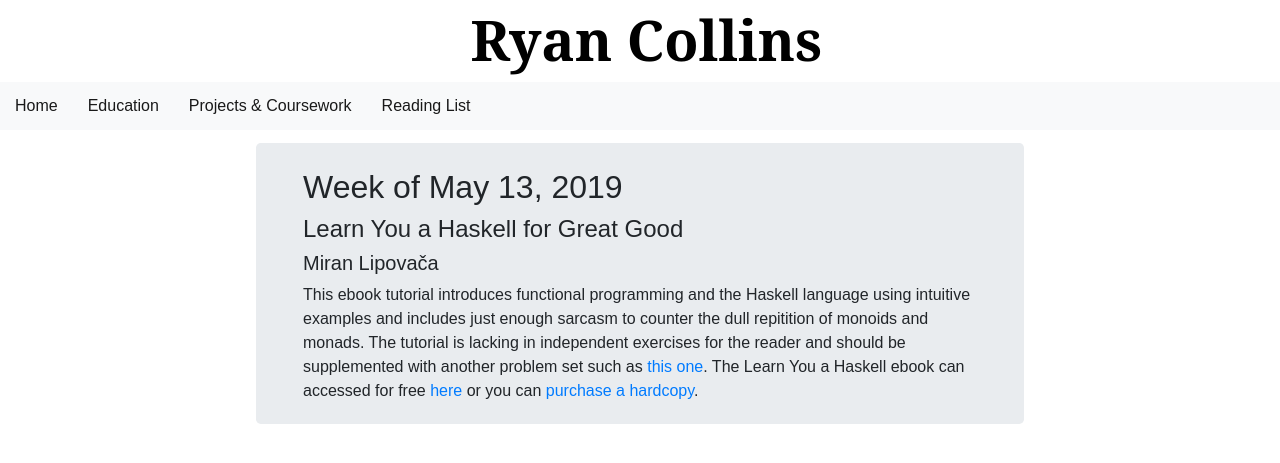
Repository: RyanMCollins/cs50
Page: pset5/homepage/readlist.html
The author's editor kept a record of every edit. The page is drawn from the files as they stood at one moment, then again after the next edit.
The browser window is 1280 px wide. The pictures show the whole page.

Above is the page before.

### pset5/homepage/readlist.html
<!DOCTYPE html>

<html lang="en">
    <head>
        <meta name="viewport" content="width=device-width, initial-scale=1, shrink-to-fit=no">
        <script src="https://code.jquery.com/jquery-3.3.1.slim.min.js" integrity="sha384-q8i/X+965DzO0rT7abK41JStQIAqVgRVzpbzo5smXKp4YfRvH+8abtTE1Pi6jizo" crossorigin="anonymous"></script>
        <script src="https://cdnjs.cloudflare.com/ajax/libs/popper.js/1.14.3/umd/popper.min.js" integrity="sha384-ZMP7rVo3mIykV+2+9J3UJ46jBk0WLaUAdn689aCwoqbBJiSnjAK/l8WvCWPIPm49" crossorigin="anonymous"></script>
        <script src="https://stackpath.bootstrapcdn.com/bootstrap/4.1.3/js/bootstrap.min.js" integrity="sha384-ChfqqxuZUCnJSK3+MXmPNIyE6ZbWh2IMqE241rYiqJxyMiZ6OW/JmZQ5stwEULTy" crossorigin="anonymous"></script>
        <link href="https://stackpath.bootstrapcdn.com/bootstrap/4.1.3/css/bootstrap.min.css" rel="stylesheet">
        <link href="styles.css" rel="stylesheet">
        <title>Reading List</title>
    </head>
    <body>
        <h1 id="site-title">
            Ryan Collins
        </h1>
        <nav class="navbar navbar-expand-lg navbar-light bg-light">

            <button class="navbar-toggler" type="button" data-toggle="collapse" data-target="#navbarSupportedContent" aria-controls="navbarSupportedContent" aria-expanded="false" aria-label="Toggle navigation">
                <span class="navbar-toggler-icon"></span>
              </button>

              <div class="collapse navbar-collapse" id="navbarSupportedContent">
                <ul class="navbar-nav mr-auto">
                  <li class="nav-item active">
                    <a class="nav-link" href="/home">Home<span class="sr-only">(current)</span></a>
                  </li>
                  <li class="nav-item active">
                    <a class="nav-link" href="/education">Education<span class="sr-only">(current)</span></a>
                  </li>
                  <li class="nav-item active">
                    <a class="nav-link" href="/projects">Projects & Coursework<span class="sr-only">(current)</span></a>
                  </li>
                  <li class="nav-item active">
                    <a class="nav-link" href="/readlist">Reading List<span class="sr-only">(current)</span></a>
                  </li>
                </ul>
              </div>
        </nav>
        <div class="jumbotron">
            <div class="container">
                <h2>
                    Week of May 13, 2019
                </h2>
                <h4>
                    Learn You a Haskell for Great Good
                </h4>
                <h5>
                    Miran Lipovača
                </h5>
                <p>
                    This ebook tutorial introduces functional programming and the Haskell language using intuitive examples and includes
                    just enough sarcasm to counter the dull repitition of monoids and monads. The tutorial is lacking in independent
                    exercises for the reader and should be supplemented with another problem set such as
                    <a href="https://github.com/data61/fp-course">this one</a>. The Learn You a Haskell ebook can accessed for free
                    <a href="http://learnyouahaskell.com/chapters">here</a> or you can
                    <a href="https://nostarch.com/lyah.htm">purchase a hardcopy</a>.
                </p>
            </div>
        </div>
    </body>
</html>

### pset5/homepage/styles.css
body {
    font-size: 14;
    font-family: "Arial";
    min-height: 100vh;
}

#site-title {
    text-align: center;
    font-size: 350%;
    font-family: "Georgia";
    font-weight: bold;
    color: #000000;
    padding-left: 1%;
    padding-bottom: .7%;
    padding-top: .45%;
    margin: 0;
}

@media  screen and (max-width: 368px) {
    #site-title {
        font-size: 200%;
    }
}

#site-title a {
    color: inherit;
    text-decoration: none;
}

.navbar {
    padding: 0;
    /*padding: 0 1%;*/
    background-color: #eee;
}

.flex-break.flex-small {
    flex: 1;
}

.flex-break.flex-large {
    flex: 2;
}

@media  screen and (max-width: 990px) {
    .flex-break.flex-large, .flex-break.flex-small {
        justify-content: flex-start!important;
    }
}

.nav-item {
    padding: 0 5px;
    margin: 4px 2px;
}

.jumbotron {
    margin: 1% 20%;
    padding-top: 2%;
    padding-bottom: 5px;
}

.main-header {
    font-size: 200%;
    font-weight: bold;
}

.sub-division {
    border-top: solid #cccccc 2px;
    margin-top: 10px;
    margin-bottom: 10px;
    padding: 10px;
}

.sub-division-header {
    display: flex;
    padding-bottom: 15px;
}

.sub-division-title {
    font-size: 24px;
    float: left;
    margin-bottom: 0px;
    margin-top: auto;
}

.sub-division-appendice {
    font-size: 18px;
    margin-bottom: 0px;
    margin-top: auto;
}

.sub-division-appendice.date {
    margin-right: 0px;
    margin-left: auto;
}

.sub-division-author {
    font-size: 20px;
    padding-bottom: 10px;
}

After the next edit:
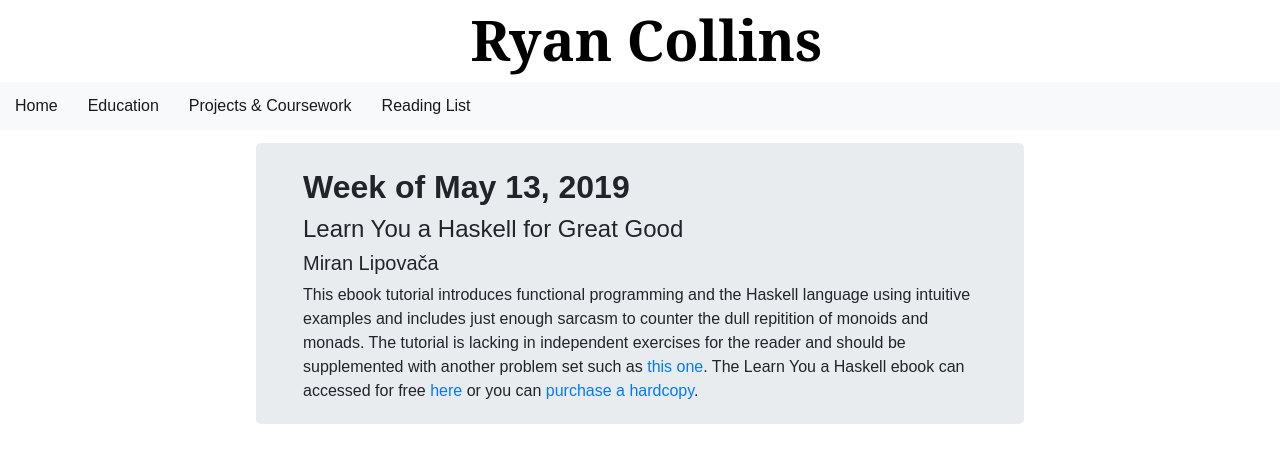
The edit:
--- a/pset5/homepage/readlist.html
+++ b/pset5/homepage/readlist.html
@@ -39,7 +39,7 @@
         </nav>
         <div class="jumbotron">
             <div class="container">
-                <h2>
+                <h2 class="main-header">
                     Week of May 13, 2019
                 </h2>
                 <h4>
